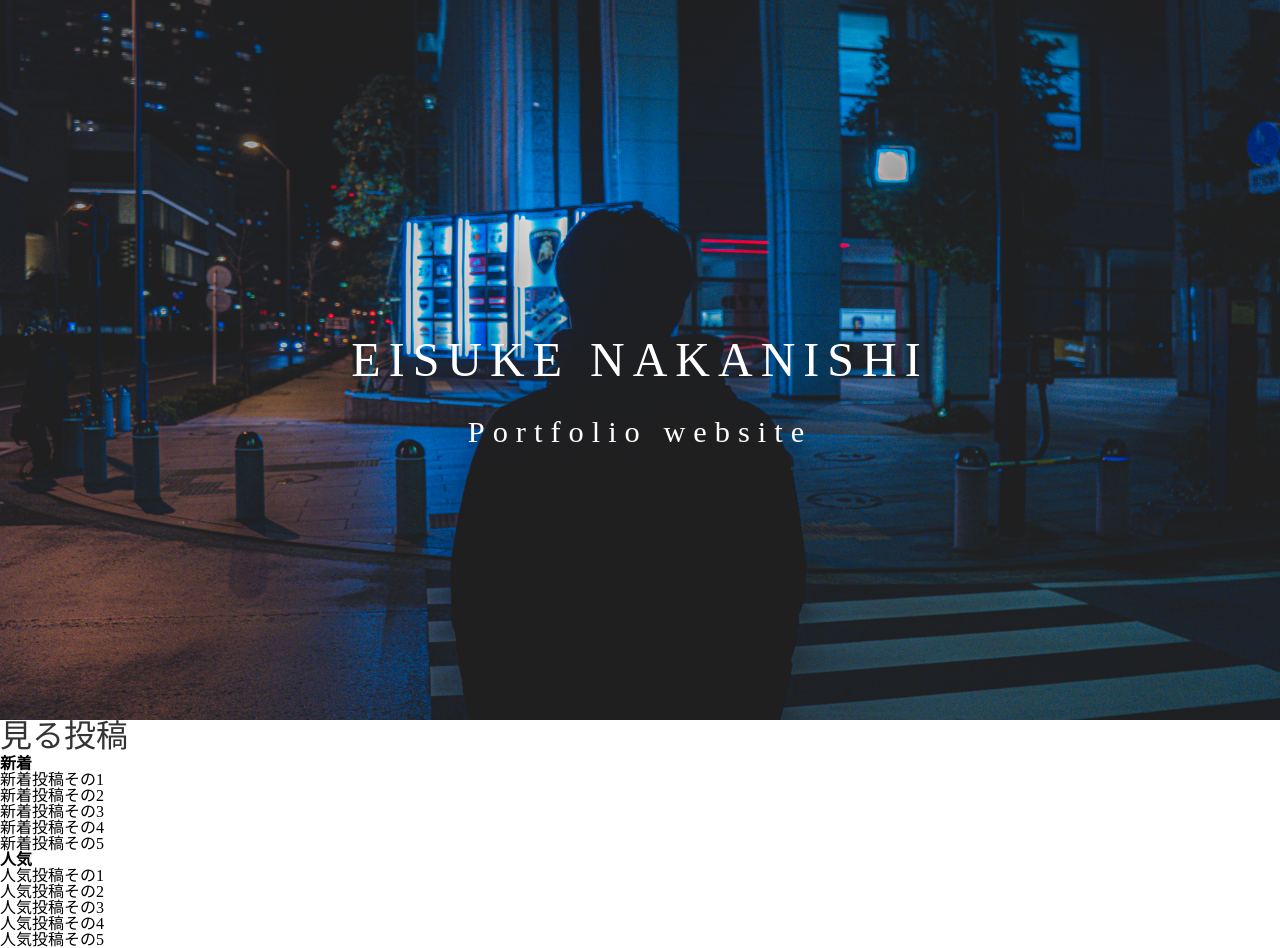
Repository: KustomApe/LandorusInc
Page: index.html
The author's editor kept a copy of each file at every save. The page is drawn from the files as they stood at one save, then again after the next save.
The browser window is 1280 px wide. The pictures show the whole page.

Above is the page before, as saved 2021-07-24 13:05:18.

After the next save:
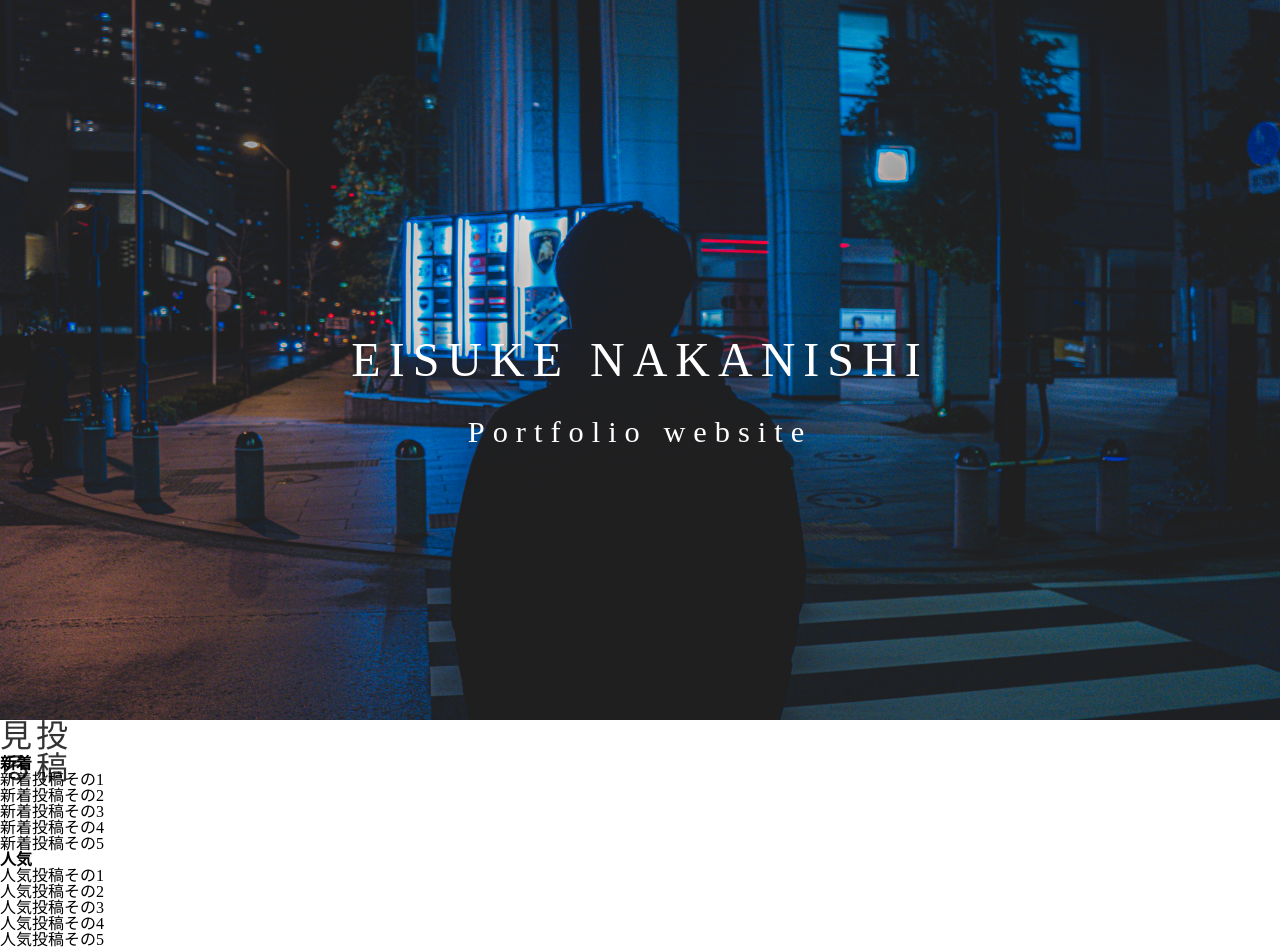
Saved 13 s later.
--- a/assets/css/style.css
+++ b/assets/css/style.css
@@ -49,6 +49,8 @@ div.contents ul#main_btn {
 
 div.contents ul#main_btn li {
     display: block;
+    width: 5vh;
+    height: 5vh;
     font-size: 2rem;
     color: #333;
 }

After the save that followed:
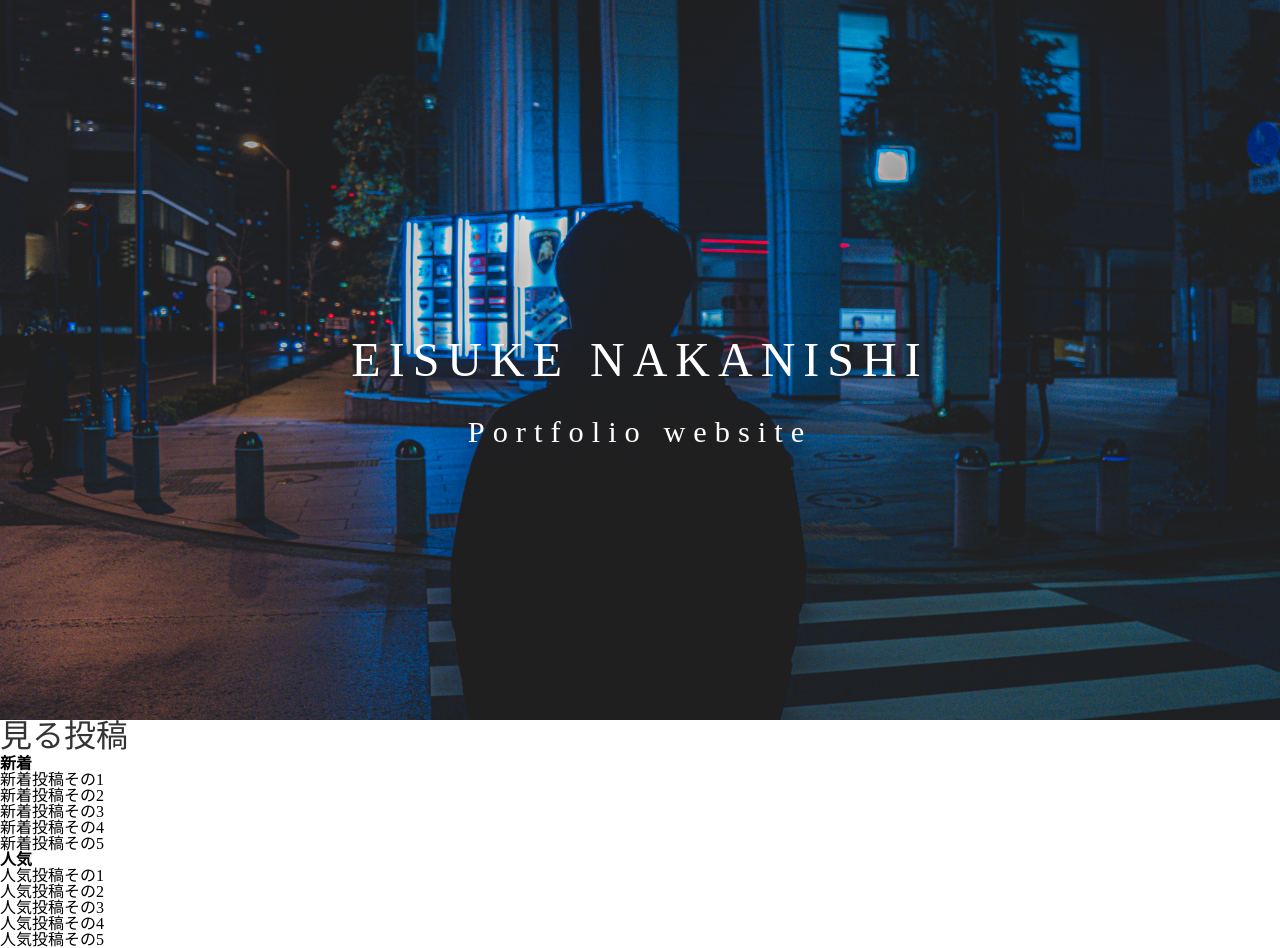
Saved 8 s later.
--- a/assets/css/style.css
+++ b/assets/css/style.css
@@ -49,8 +49,6 @@ div.contents ul#main_btn {
 
 div.contents ul#main_btn li {
     display: block;
-    width: 5vh;
-    height: 5vh;
     font-size: 2rem;
     color: #333;
 }
